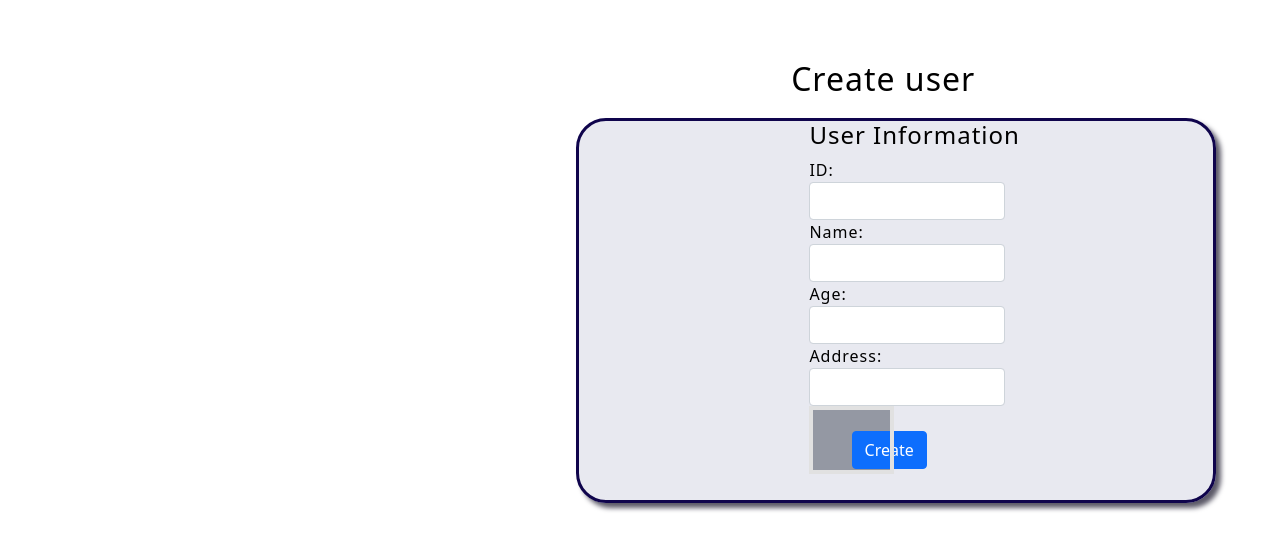
Repository: minhtuan16/JS-Basic
Page: CRUD-Department/create.html
The author's editor kept a copy of each file at every save. The page is drawn from the files as they stood at one save, then again after the next save.
The browser window is 1280 px wide. The pictures show the whole page.

Above is the page before, as saved 2022-06-09 00:15:42.

### CRUD-Department/create.html
<!DOCTYPE html>
<html lang="en">
<head>
    <meta charset="UTF-8">
    <meta http-equiv="X-UA-Compatible" content="IE=edge">
    <meta name="viewport" content="width=device-width, initial-scale=1.0">
    <link rel="stylesheet" href="https://cdnjs.cloudflare.com/ajax/libs/font-awesome/4.7.0/css/font-awesome.min.css">
    <link href="https://cdn.jsdelivr.net/npm/bootstrap@5.1.3/dist/css/bootstrap.min.css" rel="stylesheet" integrity="sha384-1BmE4kWBq78iYhFldvKuhfTAU6auU8tT94WrHftjDbrCEXSU1oBoqyl2QvZ6jIW3" crossorigin="anonymous">
    <link rel="stylesheet" href="styles/style.css">
    <!-- <link rel="stylesheet" href="styles/search.css"> -->
    <title>User</title>
</head>
<body>

    <h2>Create user</h2>
    <!--create a form with the following fiels,email, password, first name, last name, age, address, phone, payment, color-->


    <form id="registerForm" class="container">
        <h4>User Information</h4>
        <div class="control">
            <label>ID:</label>
            <input class="form-control" id="id" type="text" value="" />
        </div>

        <div class="control">
            <label>Name:</label>
            <input class="form-control" id="name" type="text" value="" />
        </div>
        <div class="control">
            <label>Age:</label>
            <input class="form-control" id="age" type="text" value="" />
        </div>
        <div class="control">
            <label>Address:</label>
            <input class="form-control" id="address" type="text" value="" />
        </div>
        <a href="users.html">
            <button type="button" class="btn btn-primary" id="btnSave" onclick="create()">Create</button>
        </a>
        <button type="button" class="btn btn-primary" id="btnUpdate" onclick="update()" style="display: none;">Save</button>
    </form>

    <!-- <div class="search-container">
        <form >
            <input type="text" placeholder="Search..." name="search">
            <button type="button"><i class="fa fa-search"></i></button>
        </form>
    </div> -->

    <!-- <table border="1px">

        <tr>
            <td>ID</td>
            <td>Name</td>
            <td>Age</td>
            <td>Address</td>
            <td>Action</td>
        </tr>

        <tbody id="tableBody">

        </tbody>
    </table> -->
    <script src="scripts/create.js"></script>
</body>
</html>

### CRUD-Department/styles/style.css
/* Global */
.control{
    width: 50%;
}
.error{
    border: 2px solid red;
}
html{
    font-family: Verdana, Geneva, Tahoma, sans-serif;
    letter-spacing: 1px;
}
h2{
    text-align: center;
}
body{
    /* background-color: #141E61; */
    color: #000000;
}
/* Nav */
a {
    display: inline-block;
    text-decoration: none;
    color: black;
    padding: 5px;
    background-color: #9498a3;
    vertical-align: middle;
    -webkit-transform: perspective(1px) translateZ(0);
    transform: perspective(1px) translateZ(0);
    box-shadow: 0 0 1px rgba(0, 0, 0, 0);
    position: relative;
}

a:before {
    content: '';
    position: absolute;
    border: #e1e1e1 solid 4px;
    top: 0;
    right: 0;
    bottom: 0;
    left: 0;
    -webkit-transition-duration: 0.3s;
    transition-duration: 0.3s;
    -webkit-transition-property: top, right, bottom, left;
    transition-property: top, right, bottom, left;
}

a:hover:before,
a:focus:before,
.a:active:before {
    top: -8px;
    right: -8px;
    bottom: -8px;
    left: -8px;
}

/* Index */
#sign-in {
    border: #0F044C solid 3px;
    background-color: #1225ee34;
    box-shadow: 5px 5px 5px #0F044C;
    padding-left: 20%;
    padding-bottom: 20%;
    width: 20rem;
    margin-left: 20%;
    border-radius: 30px;
}

/* Register */
.nav-btn {
    margin-left: 20px;
    margin-top: 20px
}

h2 {
    margin-left: 38%;
    margin-top: 60px;
}

#registerForm {
    border: #0F044C solid 3px;
    background-color: #8f92b434;
    box-shadow: 5px 5px 5px #5c5a68;
    padding-left: 18%;
    padding-bottom: 2%;
    width: 50%;
    margin-left: 45%;
    border-radius: 30px;
    margin-top: 20px;
}

#btnSave {
    margin-left: 50%;
    margin-top: 20px;
}

#btnUpdate {
    margin-left: 50%;
    margin-top: 20px;
}

/* Users */
table {
    border: #a0bce7 4px solid;
    background-color: #8184a734;
    margin-top: -350px;
    margin-left: 100px;
}

/* h1 {
    margin-top: -450px;
} */
table form input {
    margin-left: 100px;
}

table td {
    border: #000000 1px solid;
    text-align: center;
    font-weight: 900;
    padding: 10px;
}

td {
    font-weight: 100;
    border: #e1e1e1 solid 1px;
    padding: 5px;
}

### CRUD-Department/scripts/create.js

var data = [
    {id: 1, name: "xyz1", age: 18, address: "hn"},
    {id: 2, name: "xyz2", age: 20, address: "hn"},
    {id: 3, name: "xyz3", age: 21, address: "hn"}
]

function drawTable(person) {
    var tr = document.createElement("tr");
    var tdid = document.createElement("td");
    var tdName = document.createElement("td");
    var tdAge = document.createElement("td");
    var tdAddress = document.createElement("td");
    var tdOption = document.createElement("td");

    var editBtn = document.createElement("button");
    var deleteBtn = document.createElement("button");

    editBtn.innerText = 'Edit';
    deleteBtn.innerText = 'Delete';

    tdOption.appendChild(editBtn);
    tdOption.appendChild(deleteBtn);

    //bat su kien edit
    editBtn.onclick = function() {
        editPerson(person.id);
    }

    //bat su kien edit
    deleteBtn.onclick = function() {
        deletePerson(person.id);
    }

    tdid.innerHTML = person.id;
    tdName.innerHTML = person.name;
    tdAge.innerHTML = person.age;
    tdAddress.innerHTML = person.address;

    tr.appendChild(tdid);
    tr.appendChild(tdName);
    tr.appendChild(tdAge);
    tr.appendChild(tdAddress);
    tr.appendChild(tdOption)

    var tableBody = document.getElementById("tableBody");
    tableBody.appendChild(tr);
}

function resetDrawTable(persons) {
    var tableBody = document.getElementById("tableBody");
    tableBody.innerHTML = "";

    for (var i = 0; i < persons.length; i++) {
        drawTable(persons[i]);
    }
}

// resetDrawTable(data)
function create() {
    var idIp = document.getElementById("id");
    var nameIp = document.getElementById("name");
    var ageIp = document.getElementById("age");
    var addressIp = document.getElementById("address");


    var id = idIp.value;
    var name = nameIp.value;
    var age = ageIp.value;
    var address = addressIp.value;

    if (id.length > 0 && name.length > 0 && age.length > 0 && address.length > 0) {
        var p = {id: id, name: name, age: age, address: address};

        data.push(p);

        resetDrawTable(data);

        alert('Create Success');
    } else {
        alert('Dien day du thong tin');
    }
}

function editPerson(id) {
    var index = data.findIndex(x => x.id == id);
    let person = data[index];

    var idIp = document.getElementById("id");
    var nameIp = document.getElementById("name");
    var ageIp = document.getElementById("age");
    var addressIp = document.getElementById("address");

    idIp.value = person.id;
    nameIp.value = person.name;
    ageIp.value = person.age;
    addressIp.value = person.address;

    document.getElementById("btnUpdate").style.display = 'block';
    document.getElementById("btnSave").style.display = 'none';
}

function update() {
    var idIp = document.getElementById("id");
    var nameIp = document.getElementById("name");
    var ageIp = document.getElementById("age");
    var addressIp = document.getElementById("address");

    var id = idIp.value;
    var name = nameIp.value;
    var age = ageIp.value;
    var address = addressIp.value;

    var index = data.findIndex(x => x.id == id);

    if (id.length > 0 && name.length > 0 && age.length > 0 && address.length > 0) {
        data[index] = {id: id, name: name, age: age, address: address};

        resetDrawTable(data);
        alert('Create Success');
    } else {
        alert('Dien day du thong tin');
    }
    document.getElementById("btnUpdate").style.display = 'none';
    document.getElementById("btnSave").style.display = 'block';
}

function deletePerson(id) {
    var newData = data.filter(x => x.id != id);

    data = newData;

    resetDrawTable(data);

}

After the next save:
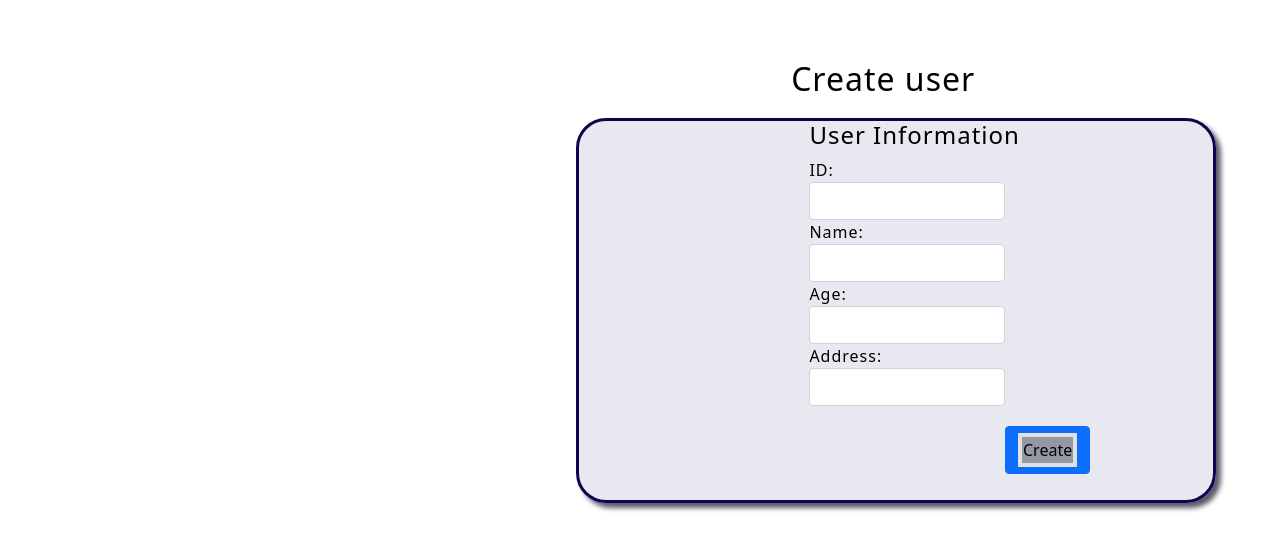
Saved 13 s later.
--- a/CRUD-Department/create.html
+++ b/CRUD-Department/create.html
@@ -35,9 +35,9 @@
             <label>Address:</label>
             <input class="form-control" id="address" type="text" value="" />
         </div>
-        <a href="users.html">
-            <button type="button" class="btn btn-primary" id="btnSave" onclick="create()">Create</button>
-        </a>
+
+        <button type="button" class="btn btn-primary" id="btnSave" onclick="create()"><a href="users.html">Create</a></button>
+
         <button type="button" class="btn btn-primary" id="btnUpdate" onclick="update()" style="display: none;">Save</button>
     </form>
 
